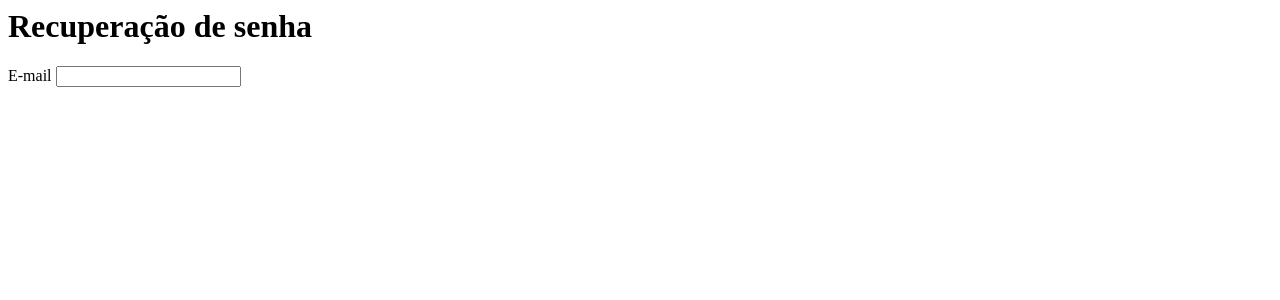
Repository: organicos/organicos.github.io
Page: partials/security/retrieve_password.html
The author's editor kept a record of every edit. The page is drawn from the files as they stood at one moment, then again after the next edit.
The browser window is 1280 px wide. The pictures show the whole page.

Above is the page before.

After the next edit:
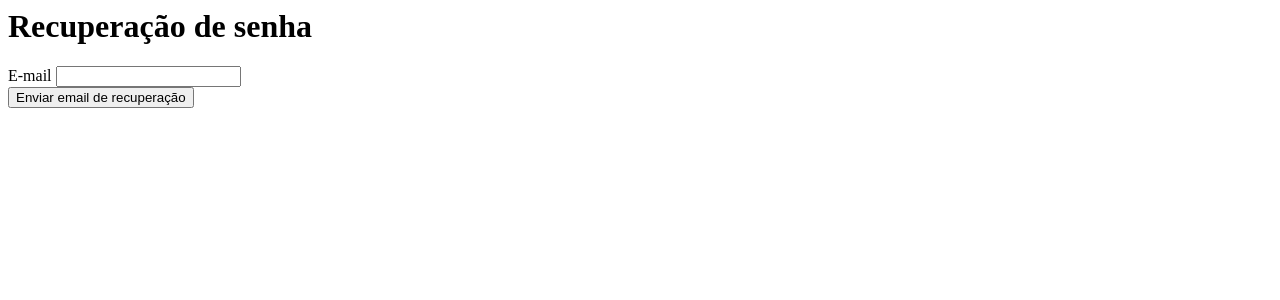
The edit:
--- a/partials/security/retrieve_password.html
+++ b/partials/security/retrieve_password.html
@@ -8,4 +8,7 @@
         <label for="e-mail">E-mail</label>
         <input class="form-control" type="email" name="e-mail" ng-bind="email">
     </div>
+    <div class="form-group">
+        <button type="submit" class="btn btn-success btn-block" ng-disabled="processingSignInUp">Enviar email de recuperação</button>
+    </div>
 </form>
